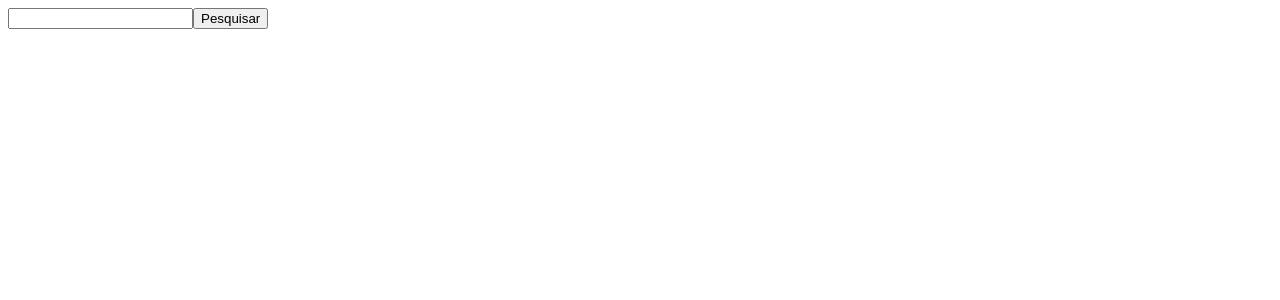
Repository: dumoresco/consulta-cep
Page: /
An editor plug-in stored every save of this project. The page is shown before and after the next save, followed by the edit.
The browser window is 1280 px wide. The pictures show the whole page.
The project was rebuilt for these pictures with package versions that can differ from the ones it lists, and the page was loaded fresh each time.

Above is the page before, as saved 2022-06-09 14:26:27.

### src/App.tsx
import { useState } from "react";
import { SearchBar } from "./components/SearchBar";

function App() {
  const [cep, setCep] = useState<string>("");

  const [results, setResults] = useState({});

  const handleGetCep = (value: string) => {
    setCep(value);
    console.log(cep);
  };

  async function getInfosByCep(cep: any) {
    const response = await fetch(`https://viacep.com.br/ws/${cep}/json/`);

    const data = await response.json();

    console.log(data);
    console.log(setCep);
  }

  return (
    <>
      {" "}
      <input
        type="text"
        value={cep}
        onChange={(e) => handleGetCep(e.target.value)}
      />
      <button onClick={getInfosByCep}>Pesquisar</button>
    </>
  );
}

export default App;

Loaded but not shown: public/index.html (common file); src/index.tsx (common file)

After the next save:
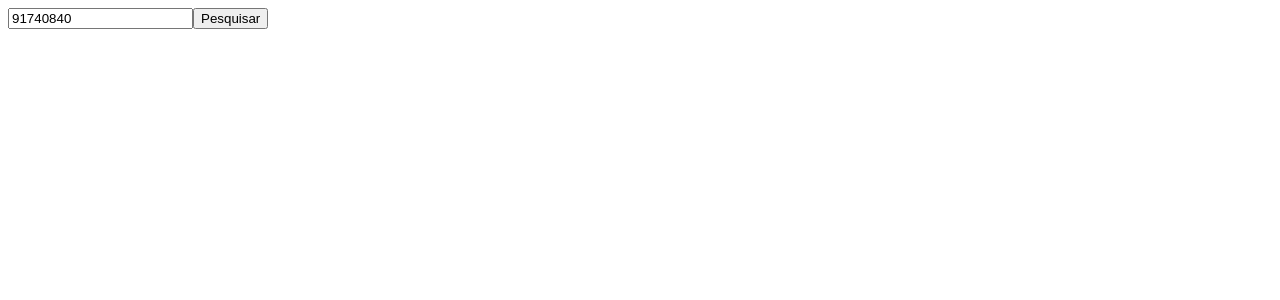
Saved 18 s later.
--- a/src/App.tsx
+++ b/src/App.tsx
@@ -2,7 +2,7 @@
 import { SearchBar } from "./components/SearchBar";
 
 function App() {
-  const [cep, setCep] = useState<string>("");
+  const [cep, setCep] = useState<string>("91740840");
 
   const [results, setResults] = useState({});
 

After the 6 saves that followed:
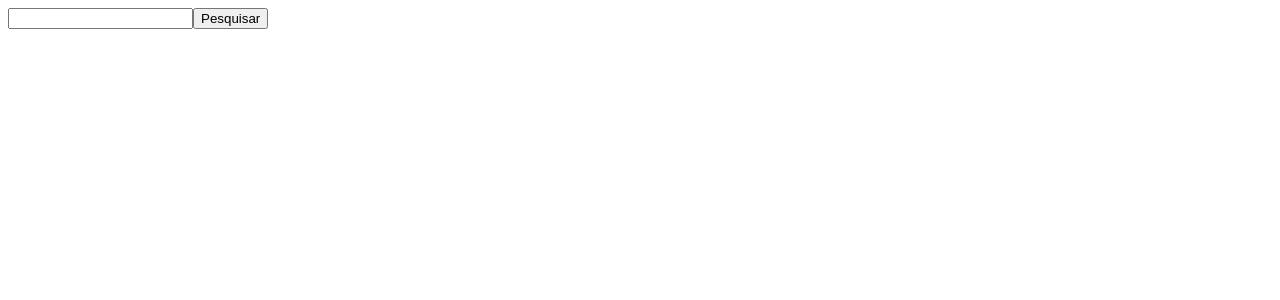
The 6 saves are shown as one change because 3 left the picture as it was and some came seconds apart.
The last was saved 39 s later.
--- a/src/App.tsx
+++ b/src/App.tsx
@@ -2,16 +2,9 @@
 import { SearchBar } from "./components/SearchBar";
 
 function App() {
-  const [cep, setCep] = useState<string>("91740840");
+  const [cep, setCep] = useState<string>("");
 
-  const [results, setResults] = useState({});
-
-  const handleGetCep = (value: string) => {
-    setCep(value);
-    console.log(cep);
-  };
-
-  async function getInfosByCep(cep: any) {
+  async function getInfosByCep(cep: string) {
     const response = await fetch(`https://viacep.com.br/ws/${cep}/json/`);
 
     const data = await response.json();
@@ -23,12 +16,8 @@
   return (
     <>
       {" "}
-      <input
-        type="text"
-        value={cep}
-        onChange={(e) => handleGetCep(e.target.value)}
-      />
-      <button onClick={getInfosByCep}>Pesquisar</button>
+      <input type="text" value={cep} onChange={(e) => setCep(e.target.value)} />
+      <button>Pesquisar</button>
     </>
   );
 }
